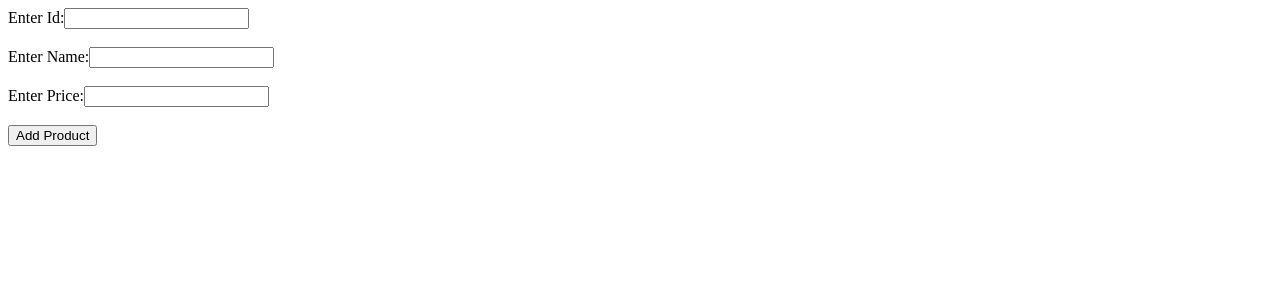
Repository: coding4lifevn/SimpleWebApplication
Page: SimpleWebApp/WebContent/Index.html
The author's editor kept a copy of each file at every save. The page is drawn from the files as they stood at one save, then again after the next save.
The browser window is 1280 px wide. The pictures show the whole page.

Above is the page before, as saved 2018-07-02 05:44:49.

### SimpleWebApp/WebContent/Index.html
<!DOCTYPE html>
<html>
<head>
<meta charset="ISO-8859-1">
<title>Insert title here</title>
</head>
<body>
<form action="rest/product/add" method="post">
Enter Id:<input type="text" name="id"/><br/><br/>
Enter Name:<input type="text" name="name"/><br/><br/>
Enter Price:<input type="text" name="price"/><br/><br/>
<input type="submit" value="Add Product"/>
</form>
</body>
</html>

After the next save:
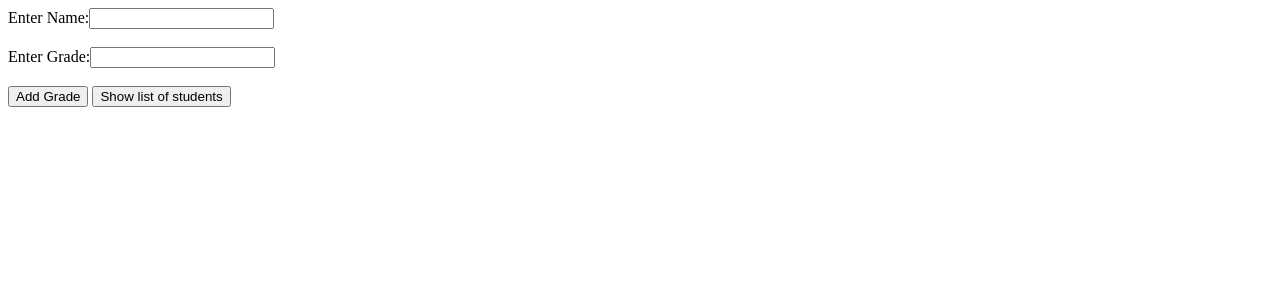
Saved 50 min 17 s later.
--- a/SimpleWebApp/WebContent/Index.html
+++ b/SimpleWebApp/WebContent/Index.html
@@ -6,10 +6,10 @@
 </head>
 <body>
 <form action="rest/product/add" method="post">
-Enter Id:<input type="text" name="id"/><br/><br/>
 Enter Name:<input type="text" name="name"/><br/><br/>
-Enter Price:<input type="text" name="price"/><br/><br/>
-<input type="submit" value="Add Product"/>
+Enter Grade:<input type="text" name="grade"/><br/><br/>
+<input type="submit" value="Add Grade"/>
+<button type = "button"> Show list of students </button>
 </form>
 </body>
 </html>
